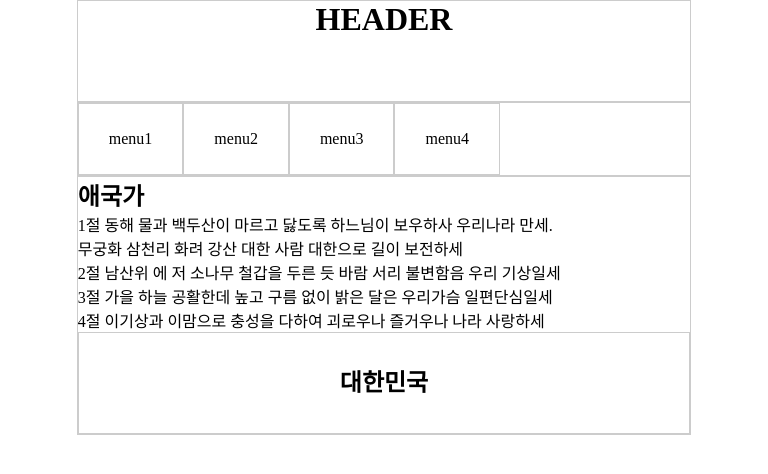
Repository: luna2222/web
Page: 01HTML5/WebContent/[14강]뷰포트 및 반응형 웹페이지/14_02.html
These files come from the project's save history. The page is drawn as it stood at one moment and after the next save; the edit follows.
The browser window is 768 px wide. The pictures show the whole page.

Above is the page before, as saved 2019-02-21 05:43:12.

After the next save:
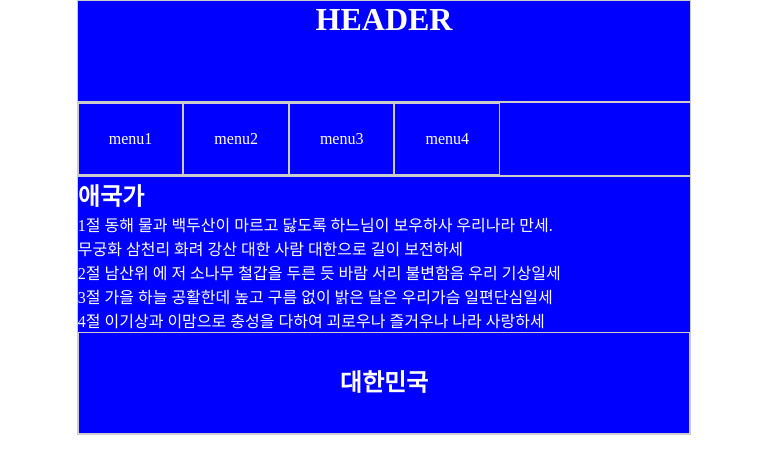
Saved 114 s later.
--- a/01HTML5/WebContent/[14강]뷰포트 및 반응형 웹페이지/14_02.html
+++ b/01HTML5/WebContent/[14강]뷰포트 및 반응형 웹페이지/14_02.html
@@ -9,7 +9,7 @@ name="viewport" content="width=device-width, initial-scale=1.0"/>
 	       #wrap {background-color: #00ff00; color: #ffffff;}
 	    }
 	    @media screen and ( min-width:768px)and (max-width:959px){
-	      #wrap{ background-color: #0000ff,color:#ffffff;}
+	      #wrap{ background-color: #0000ff;color:#ffffff;}
 	     }
 	     @media screen and (min-width:960px){
 	       #Wrap{ background-color: #00000ff; color: #ffffff;}
